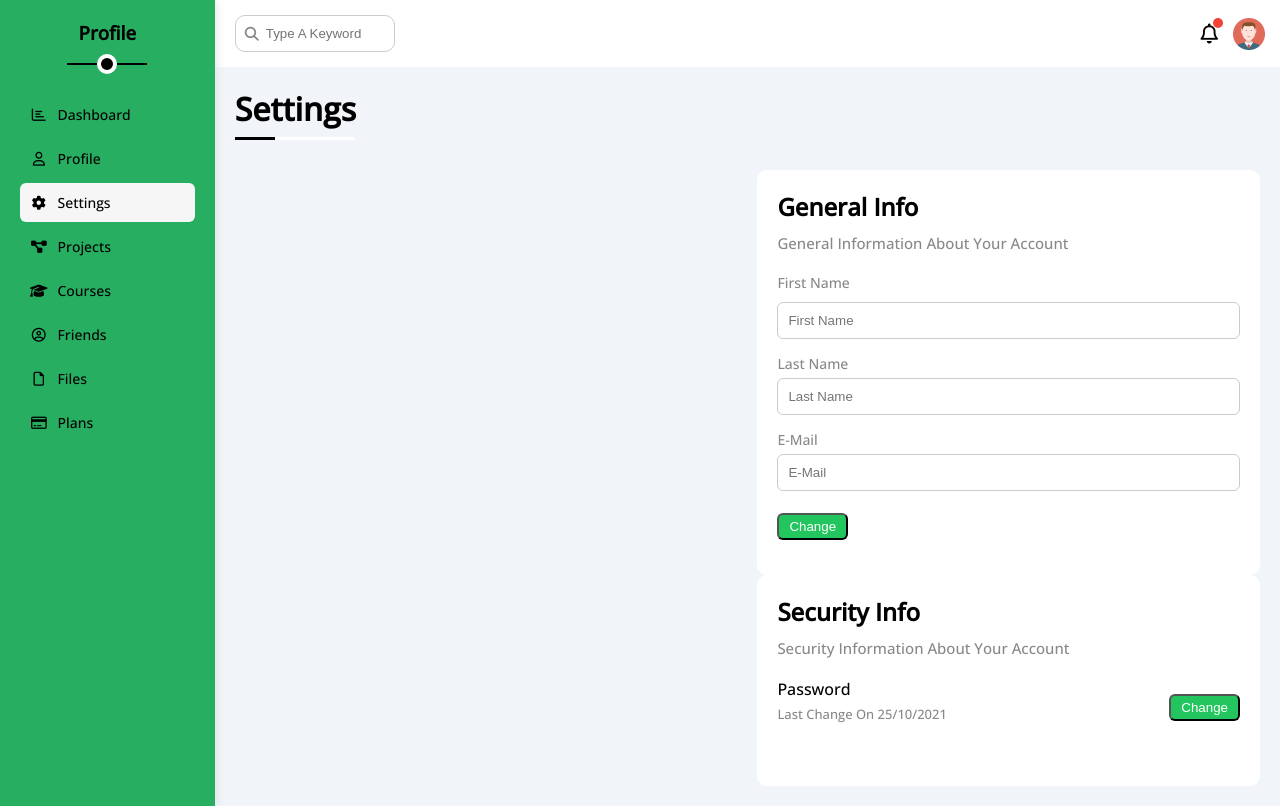
Repository: souhailaniba/Bookly
Page: public/assets/books webstie/settings.html
The author's editor kept a copy of each file at every save. The page is drawn from the files as they stood at one save, then again after the next save.
The browser window is 1280 px wide. The pictures show the whole page.

Above is the page before, as saved 2023-01-27 14:59:07.

After the next save:
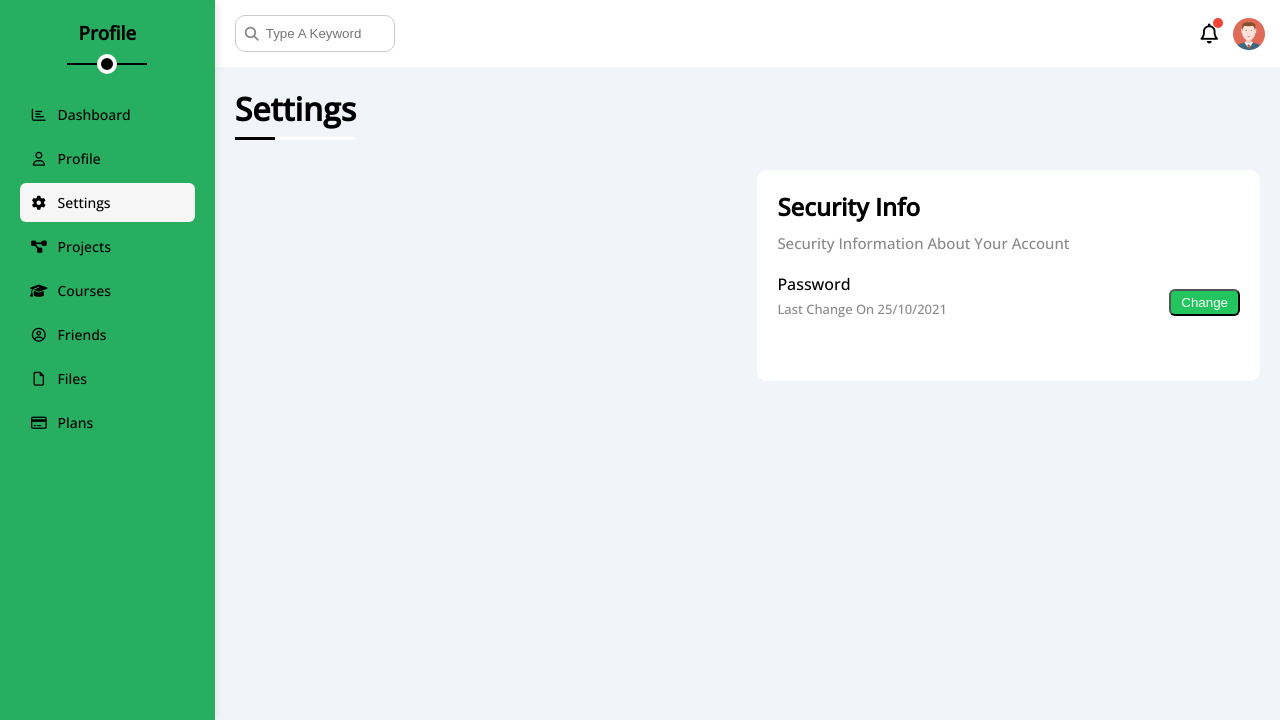
Saved 11 s later.
--- a/public/assets/books webstie/settings.html
+++ b/public/assets/books webstie/settings.html
@@ -89,40 +89,6 @@
           <!-- End Settings Box -->
           <!-- Start Settings Box -->
           <form action="">
-            <!-- Start Settings Box -->
-          <div class="p-20 bg-white rad-10">
-            <h2 class="mt-0 mb-10">General Info</h2>
-            <p class="mt-0 mb-20 c-grey fs-15">General Information About Your Account</p>
-            <div class="mb-15">
-              <label class="fs-14 c-grey d-block mb-10" for="first">First Name</label>
-              <input
-                class="b-none border-ccc p-10 rad-6 d-block w-full"
-                type="text"
-                id="first"
-                placeholder="First Name"
-              />
-            </div>
-            <div class="mb-15">
-              <label class="fs-14 c-grey d-block mb-5" for="last">Last Name</label>
-              <input
-                class="b-none border-ccc p-10 rad-6 d-block w-full"
-                id="last"
-                type="text"
-                placeholder="Last Name"
-              />
-            </div>
-            <div class="mb-15">
-              <label class="fs-14 c-grey d-block mb-5" for="email">E-Mail</label>
-              <input
-                class="b-none border-ccc p-10 rad-6 d-block w-full"
-                id="email"
-                type="email"
-                placeholder="E-Mail"
-              />
-              <br>
-              <button class="button bg-green c-white btn-shape" type="submit" action="">Change</button>
-            </div>
-          </div>
           <div class="p-20 bg-white rad-10">
             <h2 class="mt-0 mb-10">Security Info</h2>
             <p class="mt-0 mb-20 c-grey fs-15">Security Information About Your Account</p>
